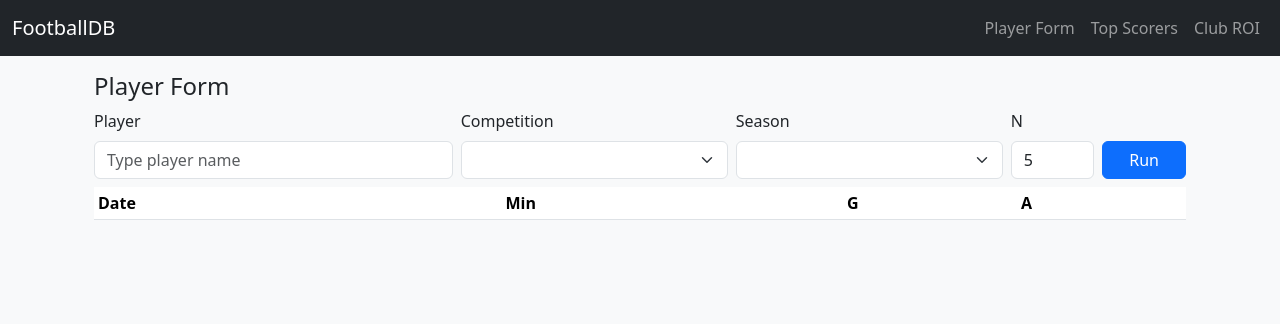
Repository: daniqusy/FootballDB
Page: http://localhost/player/form?player_id=${r.player_id}
An editor plug-in stored every save of this project. The page is shown before and after the next save, followed by the edit.
The browser window is 1280 px wide. The pictures show the whole page.
The page is served by the project's application, run on Flask 3 (app.py).

Above is the page before, as saved 2025-11-03 21:49:38.

After the next save:
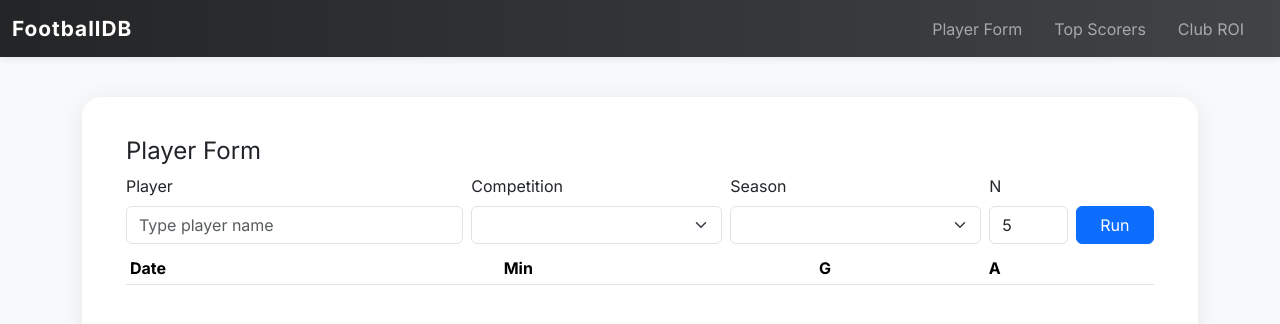
Saved 2 min 56 s later.
--- a/templates/base.html
+++ b/templates/base.html
@@ -3,8 +3,48 @@
 <head>
   <meta charset="utf-8"><meta name="viewport" content="width=device-width, initial-scale=1">
   <title>Football Analytics</title>
+  <link href="https://fonts.googleapis.com/css2?family=Inter:wght@400;600;700&display=swap" rel="stylesheet">
   <link href="https://cdn.jsdelivr.net/npm/bootstrap@5.3.2/dist/css/bootstrap.min.css" rel="stylesheet">
   <link href="{{ url_for('static', filename='styles.css') }}" rel="stylesheet">
+  <style>
+    body { font-family: 'Inter', Arial, sans-serif; background: #f3f4f6; }
+    .navbar {
+      background: linear-gradient(90deg, #232526 0%, #414345 100%) !important;
+      box-shadow: 0 2px 8px rgba(0,0,0,0.08);
+    }
+    .navbar-brand {
+      font-weight: 700;
+      letter-spacing: 1px;
+      font-size: 1.3rem;
+    }
+    .navbar-nav .nav-link {
+      font-weight: 500;
+      margin-right: 1rem;
+      transition: color 0.2s;
+    }
+    .navbar-nav .nav-link:hover {
+      color: #ffd700 !important;
+    }
+    .main-card {
+      background: #fff;
+      border-radius: 1.2rem;
+      box-shadow: 0 4px 24px rgba(0,0,0,0.08);
+      padding: 2.5rem 2rem;
+      margin-top: 2.5rem;
+      margin-bottom: 2.5rem;
+    }
+    .welcome-title {
+      font-size: 2.1rem;
+      font-weight: 700;
+      color: #232526;
+      margin-bottom: 1rem;
+    }
+    .welcome-desc {
+      font-size: 1.15rem;
+      color: #555;
+      margin-bottom: 0.5rem;
+    }
+  </style>
 </head>
 <body class="bg-light">
 <nav class="navbar navbar-expand-lg navbar-dark bg-dark mb-3">
@@ -18,10 +58,14 @@
   </div>
 </nav>
 <div class="container">
-  {% block body %}
-  <h1 class="h4 mb-3">Welcome</h1>
-  <p>Select a page from the navbar.</p>
-  {% endblock %}
+  <div class="main-card mx-auto">
+    {% block body %}
+    <div class="text-center">
+      <div class="welcome-title">Welcome to Football Analytics</div>
+      <div class="welcome-desc">Explore player stats, top scorers, and club ROI. Select a page from the navbar to get started.</div>
+    </div>
+    {% endblock %}
+  </div>
 </div>
 </body>
 </html>
